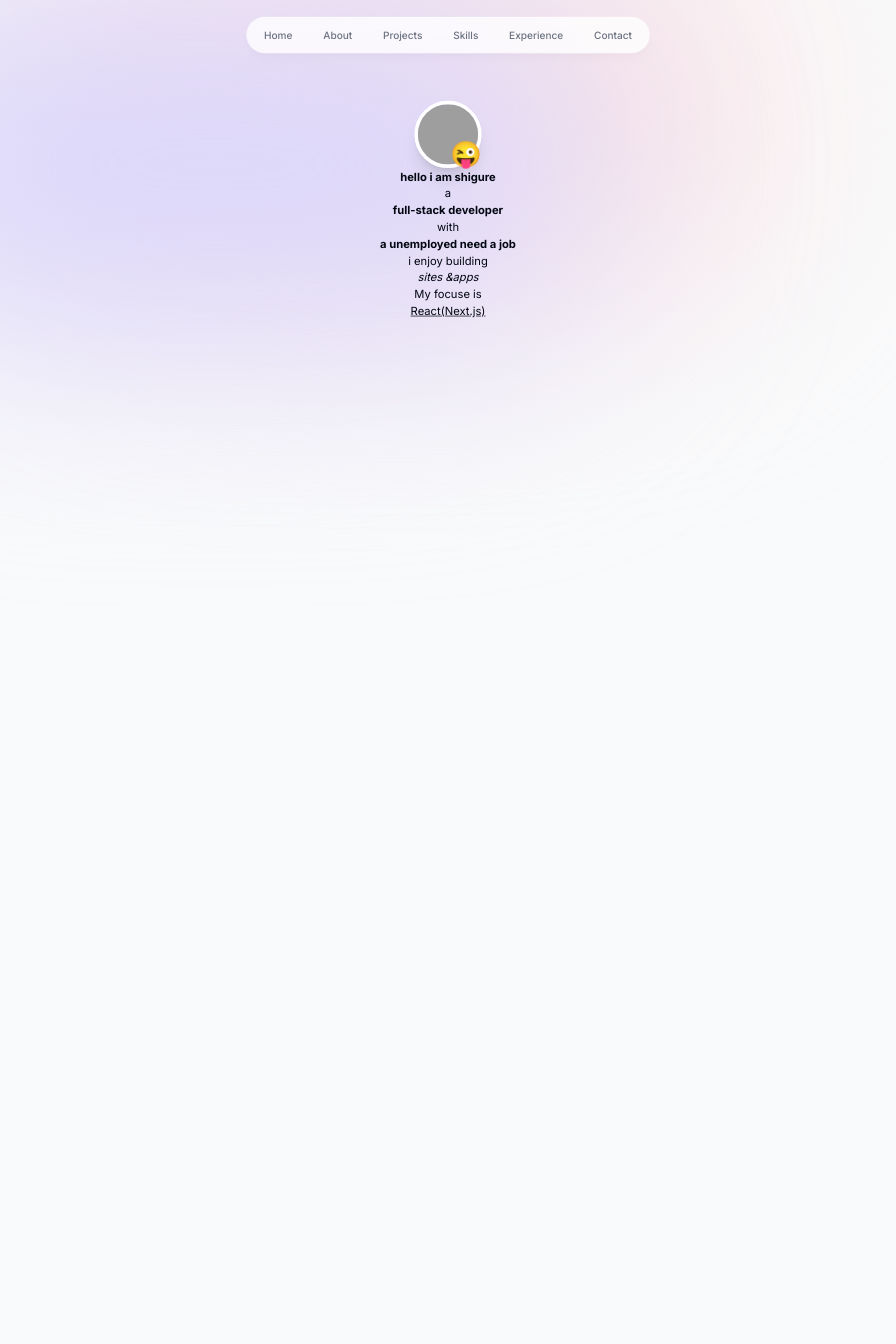
Repository: YUKIKAZE-nanoda/personal-protfolio
Page: /
The author's editor kept a copy of each file at every save. The page is drawn from the files as they stood at one save, then again after a run of saves.
The browser window is 1280 px wide. The pictures show the part of the page from y = 0 to 1920 px (the page is 5000 px tall), at 70% of full size.
Pictures or frames that could not be fetched are drawn as grey boxes. The project was rebuilt for these pictures with package versions that can differ from the ones it lists, and the page was loaded fresh each time. The framework's server and built-in components were replaced by stand-ins that run in the browser. Also part of the build but not shown: next.config.js.

Above is the page before, as saved 2023-09-19 15:39:21.

### app/layout.tsx
import './globals.css'
import type { Metadata } from 'next'
import { Inter } from 'next/font/google'
import Header from '@/components/header'

const inter = Inter({ subsets: ['latin'] })

export const metadata: Metadata = {
  title: 'shigure|个人简历',
  description: '练习ts和nsxtjs',
}

export default function RootLayout({
  children,
}: {
  children: React.ReactNode
}) {
  return (
    <html lang="en">
      <body className={`${inter.className} bg-gray-50 text-gray-950 relative h-[5000px] pt-28 sm:pt-36`}>
        <div className="bg-[#fbe2e3] absolute top-[-6rem] -z-10 right-[11rem] h-[31.25rem] w-[31.25rem] rounded-full blur-[10rem] sm:w-[68.65rem]"></div>
        <div className="bg-[#dbd7fb] absolute top-[-1rem] -z-10 left-[-35rem] h-[31.25rem] w-[50rem] rounded-full blur-[10rem] sm:w-[68.65rem] md:left-[-33rem] lg:left-[-28rem] xl:left-[-15rem] 2xl:left-[-5rem]">

        </div>
        <Header/>

        {children}</body>
    </html>
  )
}

### app/page.tsx
import Intro from '@/components/intro'
import Image from 'next/image'

export default function Home() {
  return (
    <main className="">
      <Intro/>
    </main>
  )
}

### components/header.tsx
'use client'
import React from 'react'
import { motion } from "framer-motion"
import { links } from '@/lib/data'
import Link from 'next/link'
export default function Header() {
    return (
        <header className='z-[999] relative'>
            <motion.div className='fixed top-0 left-1/2  h-[4.5rem] w-full rounded-none
            border border-white border-opacity-40 bg-white  bg-opacity-80 shadow-lg
             shadow-black/[0.03] backdrop-blur-[0.5rem] sm:top-6 sm:h-[3.25rem] sm:w-[36rem] sm:rounded-full'
                initial={{ y: -100, x: "-50%", opacity: 0 }}
                animate={{ y: 0, x: "-50%", opacity: 1 }}
            >

            </motion.div>
            <nav className='flex fixed top-[0.15rem] left-1/2 h-12 -translate-x-1/2 py-2 sm:top-[1.7rem] sm:h-[initial] sm:py-0'>
                <ul className='flex w-[22rem] flex-wrap items-center justify-center  gap-y-1 text-[0.9rem] font-medium  text-gray-500 sm:w-[initial] sm:flex-nowrap sm:gap-5'>
                    {links.map(link => (
                        <motion.li key={link.hash} initial={{ y: -100, opacity: 0 }} animate={{ y: 0, opacity: 1 }} className='h-3/4 flex items-center justify-center ' >
                            <Link className="flex w-full items-center  justify-center px-3 py-3 hover:text-gray-950 transtion" href={link.hash}>
                                {link.name}
                            </Link>
                        </motion.li>
                    ))}
                </ul>
            </nav>
        </header>
    )
}

### components/intro.tsx
'use client'
import { motion } from 'framer-motion'
import Image from 'next/image'
import React from 'react'

export default function Intro() {
  return (
    <section>
      <div className='flex items-center justify-center'>
        <div className='relative'>
          <motion.div initial={{ opacity: 0, scale: 0 }}
            animate={{ opacity: 1, scale: 1 }}
            transition={{ type: "tween", duration: 0.25 }}>
            <Image src="https://unsplash.com/photos/a-plate-of-peanut-butter-and-banana-slices-Mt7cBpvCpF4"
              alt='shigure'
              width="192"
              height="192"
              quality="95"
              priority={true}
              className='h-24 w-24 rounded-full object-cover border-[0.35rem] border-white shadow-xl'
            />
          </motion.div>

          <motion.span className='absolute text-4xl bottom-0 right-0'
            initial={{ opacity: 0, scale: 0 }}
            animate={{ opacity: 1, scale: 1 }}
            transition={{
              type: 'spring',
              stiffness: 125,
              delay: 0.1,
              duration: 0.7
            }}
          >
            😜
          </motion.span>
        </div>
      </div>
      <p className='flex flex-col items-center px-4'>
        <span className='font-bold'>hello i am shigure </span>a {""}
        <span className='font-bold'>full-stack developer</span>with {""}
        <span className='font-bold'>a unemployed need a job</span>i enjoy building<span className='italic'>sites &apps </span>My focuse is {""}
        <span className='underline'>React(Next.js)</span>
      </p>
    </section>
  )
}

Loaded but not shown: app/globals.css (common file); lib/data.ts (common file); tailwind.config.ts (common file)

After the next 2 saves:
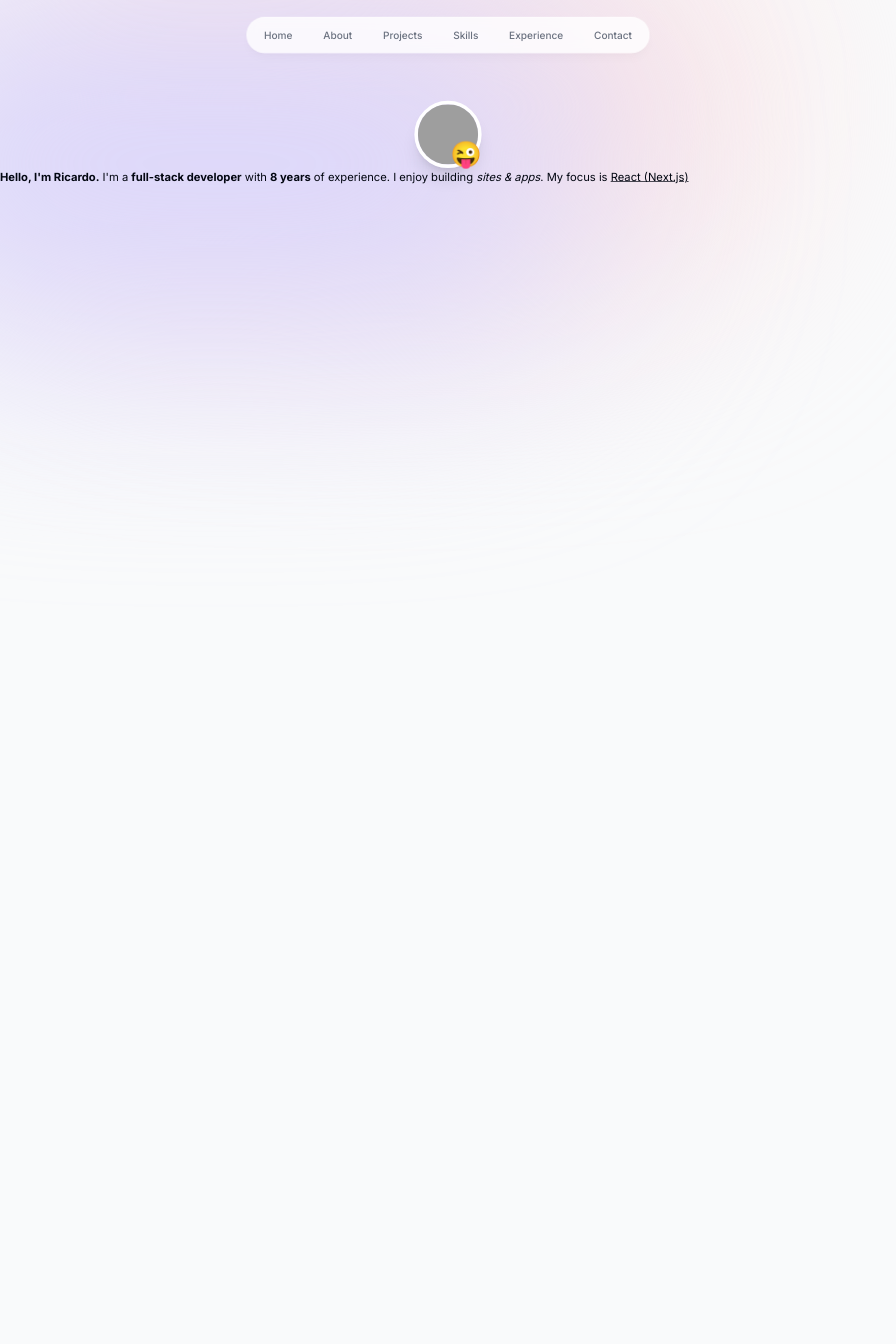
The 2 saves are shown as one change because they came seconds apart.
The last was saved 84 s later.
--- a/components/intro.tsx
+++ b/components/intro.tsx
@@ -35,12 +35,11 @@ export default function Intro() {
           </motion.span>
         </div>
       </div>
-      <p className='flex flex-col items-center px-4'>
-        <span className='font-bold'>hello i am shigure </span>a {""}
-        <span className='font-bold'>full-stack developer</span>with {""}
-        <span className='font-bold'>a unemployed need a job</span>i enjoy building<span className='italic'>sites &apps </span>My focuse is {""}
-        <span className='underline'>React(Next.js)</span>
-      </p>
+      <span className="font-bold">Hello, I'm Ricardo.</span> I'm a{" "}
+        <span className="font-bold">full-stack developer</span> with{" "}
+        <span className="font-bold">8 years</span> of experience. I enjoy
+        building <span className="italic">sites & apps</span>. My focus is{" "}
+        <span className="underline">React (Next.js)</span>
     </section>
   )
 }
